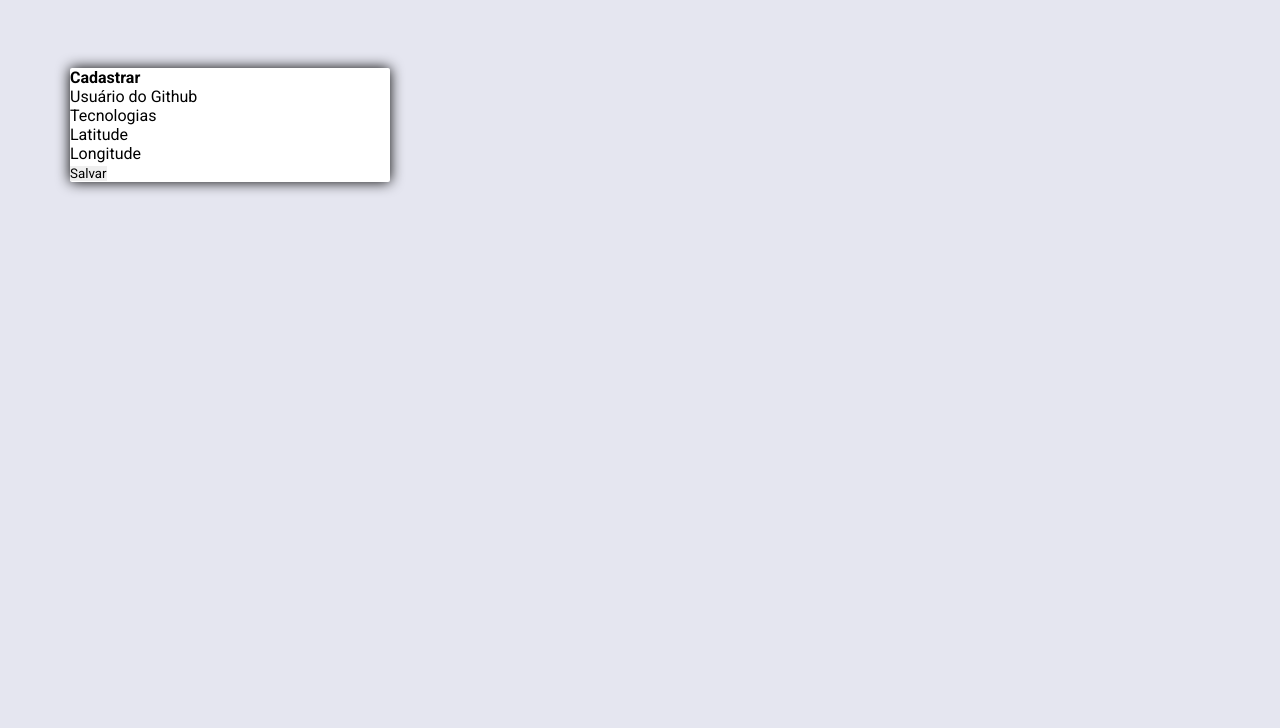
Repository: Jonatas-Castro/react_frontend
Page: /
The author's editor kept a copy of each file at every save. The page is drawn from the files as they stood at one save, then again after the next save.
The browser window is 1280 px wide. The pictures show the whole page.
The project was rebuilt for these pictures with package versions that can differ from the ones it lists, and the page was loaded fresh each time. Also part of the build but not shown: src/Mean.css.

Above is the page before, as saved 2020-01-16 15:06:08.

After the next save:
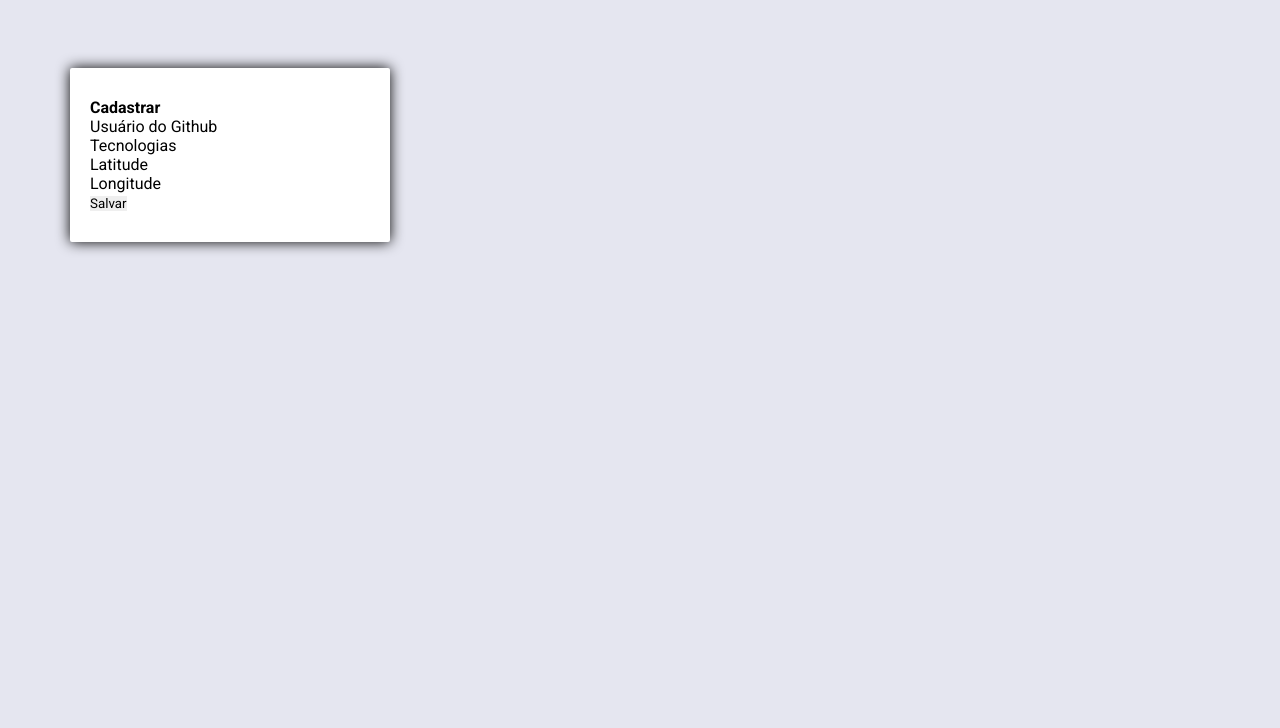
Saved 18 s later.
--- a/src/Sidebar.css
+++ b/src/Sidebar.css
@@ -3,4 +3,5 @@ aside{
     background: #fff;
     box-shadow:0 0 14px 0 #000 ;
     border-radius: 2px;
+    padding: 30px 20px;
 }
